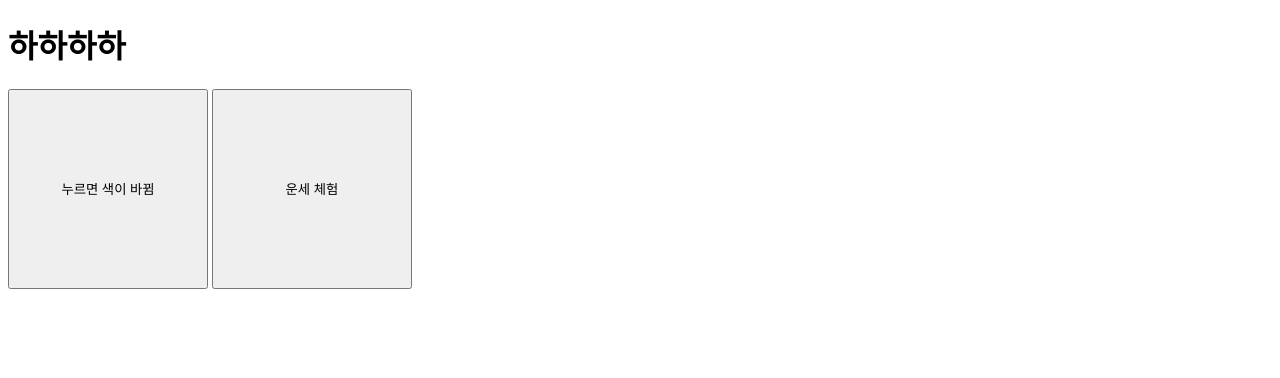
Repository: jun01270/F-E-practice
Page: index.html
An editor plug-in stored every save of this project. The page is shown before and after the next save, followed by the edit.
The browser window is 1280 px wide. The pictures show the whole page.

Above is the page before, as saved 2022-12-12 19:55:36.

After the next save:
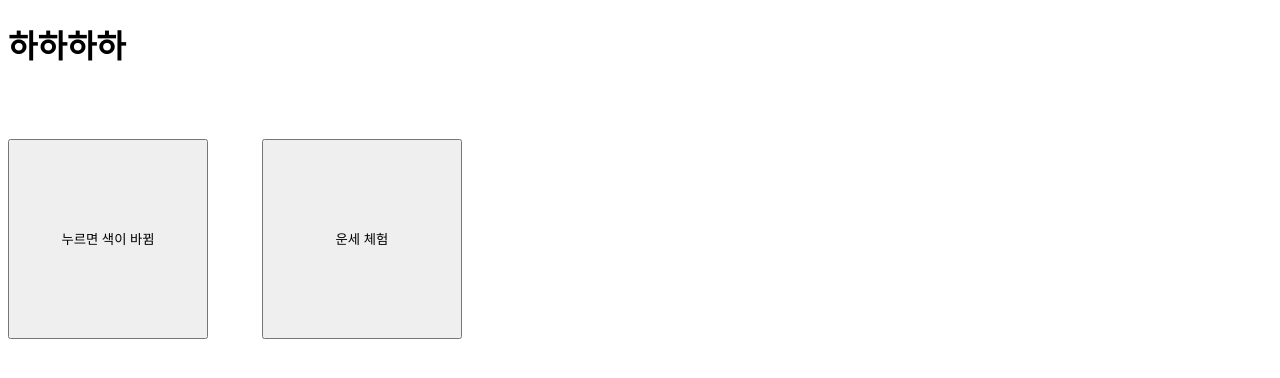
Saved 22 s later.
--- a/style.css
+++ b/style.css
@@ -6,5 +6,5 @@
 .lucky {
   width: 200px;
   height: 200px;
-  margin: 50 50px;
+  margin: 50px 50px;
 }
